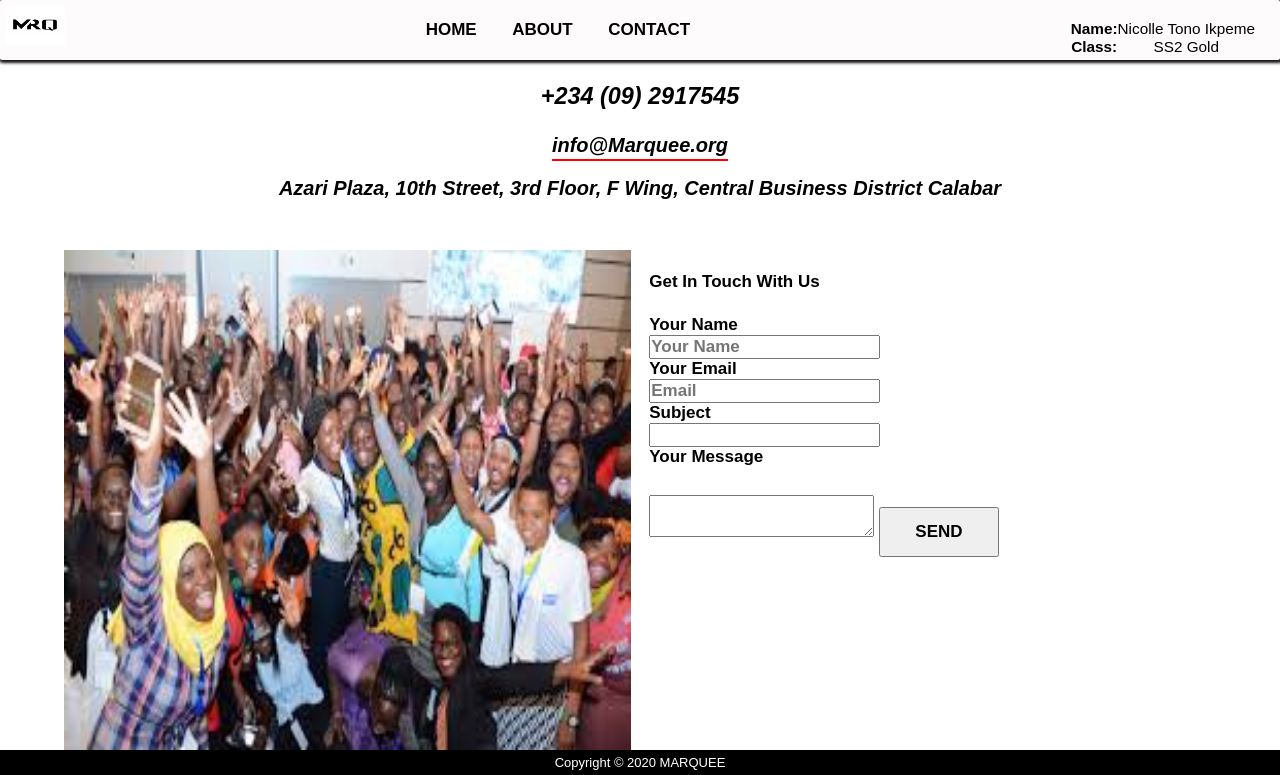
Repository: pboi18/Marquee.org
Page: contact.html
These files come from the project's save history. The page is drawn as it stood at one moment and after the next save; the edit follows.
The browser window is 1280 px wide. The pictures show the whole page.

Above is the page before, as saved 2020-07-11 21:43:24.

After the next save:
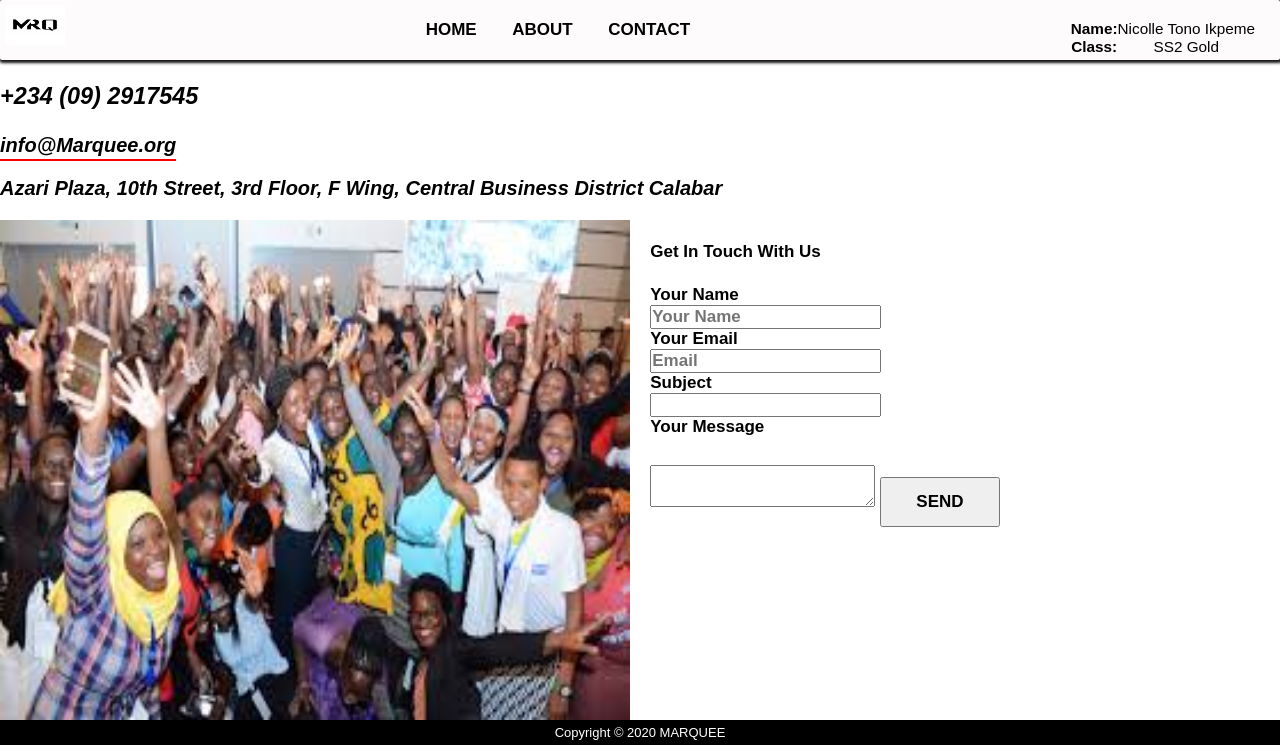
Saved 6 min 4 s later.
--- a/style.css
+++ b/style.css
@@ -131,10 +131,10 @@
     margin: auto;
 }
 
-.con {
+/* .con {
     width: 90%;
     margin: auto;
-    ;
+    ; */
 
 }
 .contact {

After the save that followed:
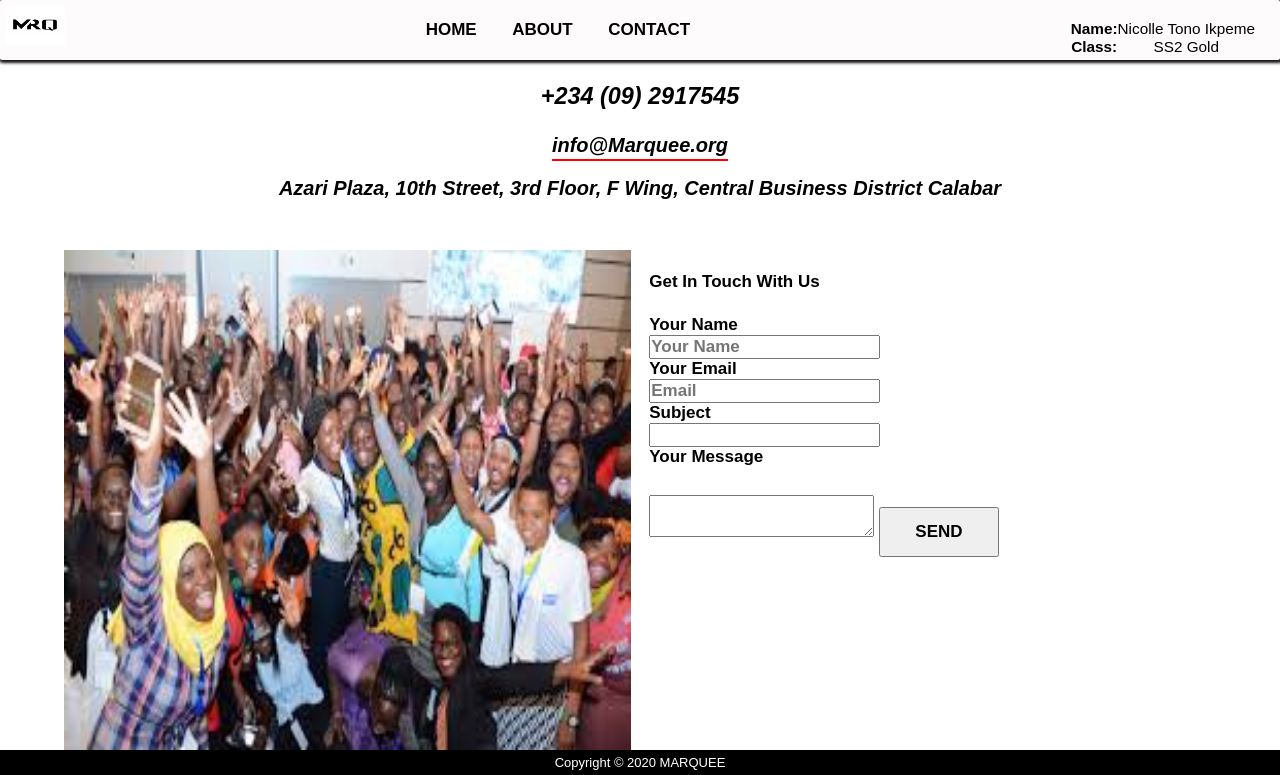
Saved 10 s later.
--- a/style.css
+++ b/style.css
@@ -131,10 +131,10 @@
     margin: auto;
 }
 
-/* .con {
+.con {
     width: 90%;
     margin: auto;
-    ; */
+    ;
 
 }
 .contact {
